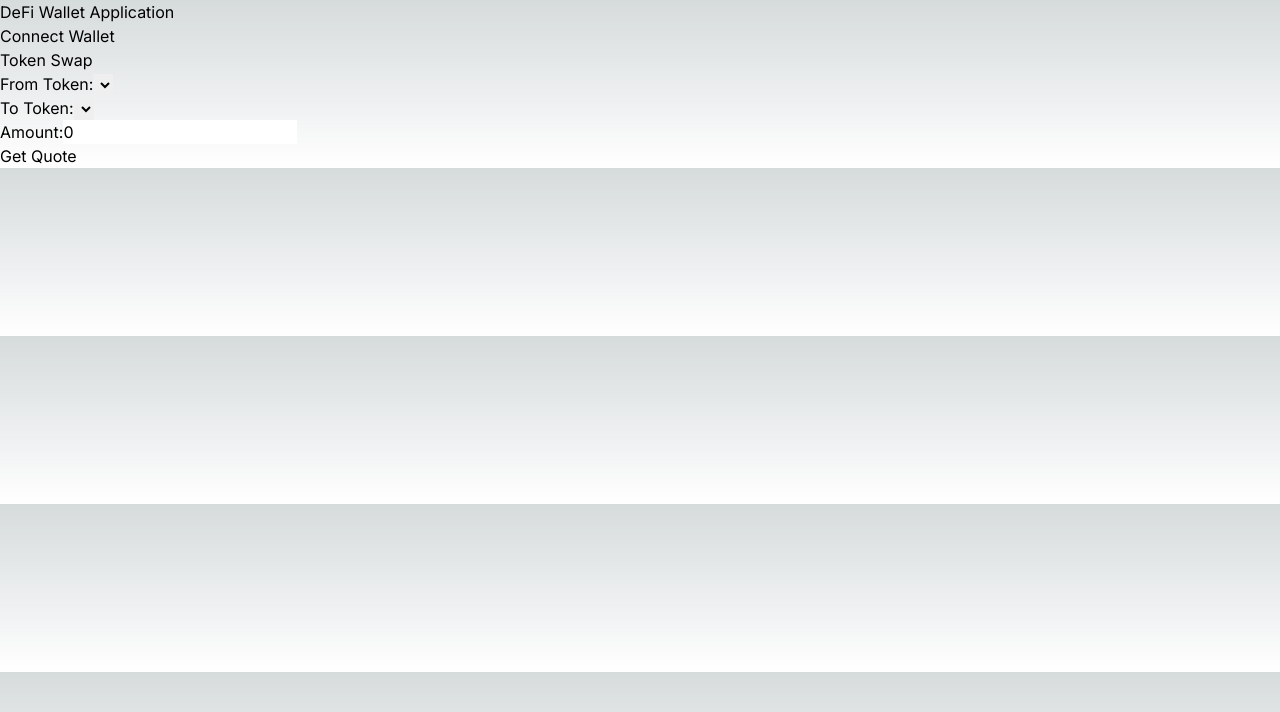
Repository: ramnaresh8/Defi-App
Page: / (app in wallet/)
The author's editor kept a copy of each file at every save. The page is drawn from the files as they stood at one save, then again after the next save.
The browser window is 1280 px wide. The pictures show the whole page.
The page's requests for data from a server got no answer. The project was rebuilt for these pictures with package versions that can differ from the ones it lists, and the page was loaded fresh each time. The framework's server and built-in components were replaced by stand-ins that run in the browser. No one was signed in, and anything a server would have sent is missing. Also part of the build but not shown: wallet/next.config.mjs.

Above is the page before, as saved 2024-08-27 13:26:57.

After the next save:
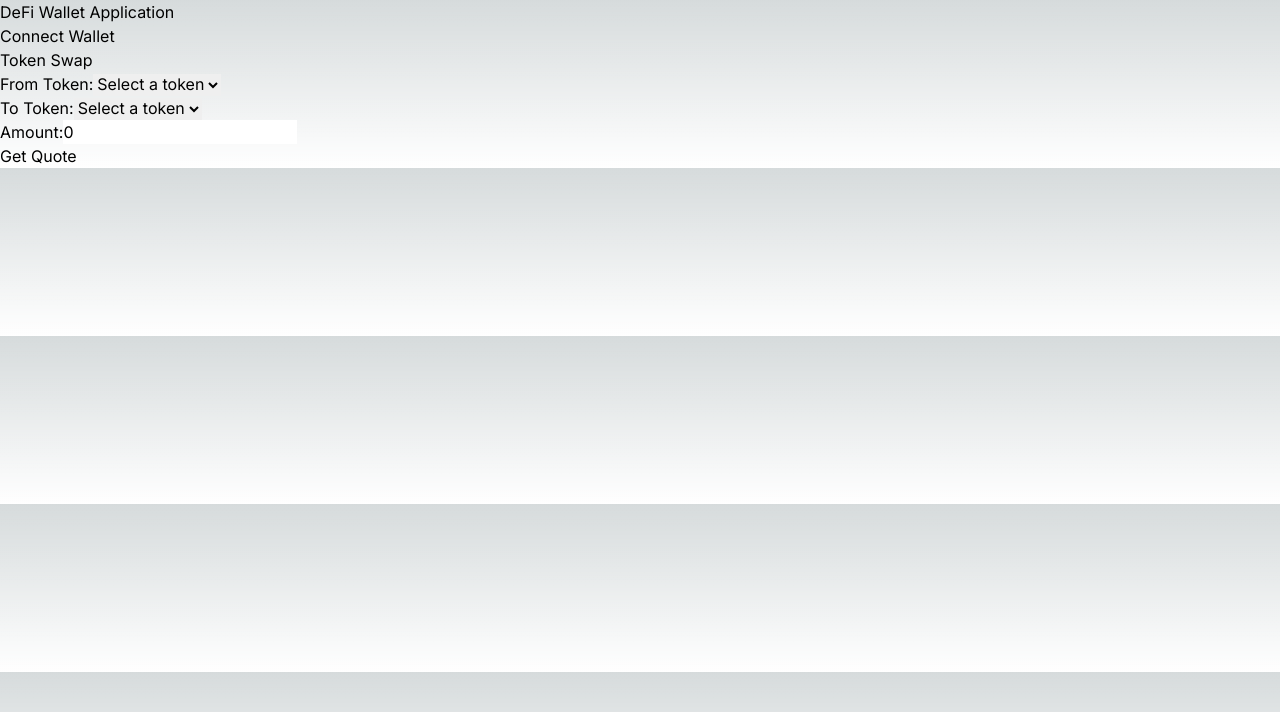
Saved 14 s later.
--- a/wallet/components/SwapComponent.tsx
+++ b/wallet/components/SwapComponent.tsx
@@ -1,16 +1,17 @@
 import React, { useState, useEffect } from 'react';
+import axios from 'axios';
 import { ethers } from 'ethers';
-import axios from 'axios';
+import { approveToken } from '../utils/approval';
+import { executeSwap } from '../utils/swap';
 
 const SwapComponent: React.FC = () => {
   const [pairs, setPairs] = useState([]);
   const [fromToken, setFromToken] = useState('');
   const [toToken, setToToken] = useState('');
   const [amount, setAmount] = useState('0');
-  const [quote, setQuote] = useState(null);
+  const [quote, setQuote] = useState<any>(null);
 
   useEffect(() => {
-    // Fetch supported token pairs from 0x API or a similar service
     const fetchPairs = async () => {
       try {
         const response = await axios.get('https://api.0x.org/swap/v1/tokens');
@@ -40,6 +41,26 @@ const SwapComponent: React.FC = () => {
     }
   };
 
+  const handleApprove = async () => {
+    if (!fromToken) return;
+    try {
+      const spender = quote.allowanceTarget;
+      const amountToApprove = ethers.constants.MaxUint256;
+      await approveToken(spender, fromToken, amountToApprove);
+    } catch (error) {
+      console.error('Approval error:', error);
+    }
+  };
+
+  const handleSwap = async () => {
+    if (!quote) return;
+    try {
+      await executeSwap(quote);
+    } catch (error) {
+      console.error('Swap execution error:', error);
+    }
+  };
+
   return (
     <div>
       <h2>Token Swap</h2>
@@ -47,8 +68,9 @@ const SwapComponent: React.FC = () => {
         <label>
           From Token:
           <select value={fromToken} onChange={(e) => setFromToken(e.target.value)}>
+            <option value="" disabled>Select a token</option>
             {pairs.map((token: any) => (
-              <option key={token.symbol} value={token.symbol}>
+              <option key={token.symbol} value={token.address}>
                 {token.symbol}
               </option>
             ))}
@@ -59,8 +81,9 @@ const SwapComponent: React.FC = () => {
         <label>
           To Token:
           <select value={toToken} onChange={(e) => setToToken(e.target.value)}>
+            <option value="" disabled>Select a token</option>
             {pairs.map((token: any) => (
-              <option key={token.symbol} value={token.symbol}>
+              <option key={token.symbol} value={token.address}>
                 {token.symbol}
               </option>
             ))}
@@ -85,6 +108,8 @@ const SwapComponent: React.FC = () => {
           <p>Buy Amount: {ethers.utils.formatUnits(quote.buyAmount, 18)}</p>
           <p>Price: {quote.price}</p>
           <p>Gas: {quote.estimatedGas}</p>
+          <button onClick={handleApprove}>Approve</button>
+          <button onClick={handleSwap}>Swap</button>
         </div>
       )}
     </div>
